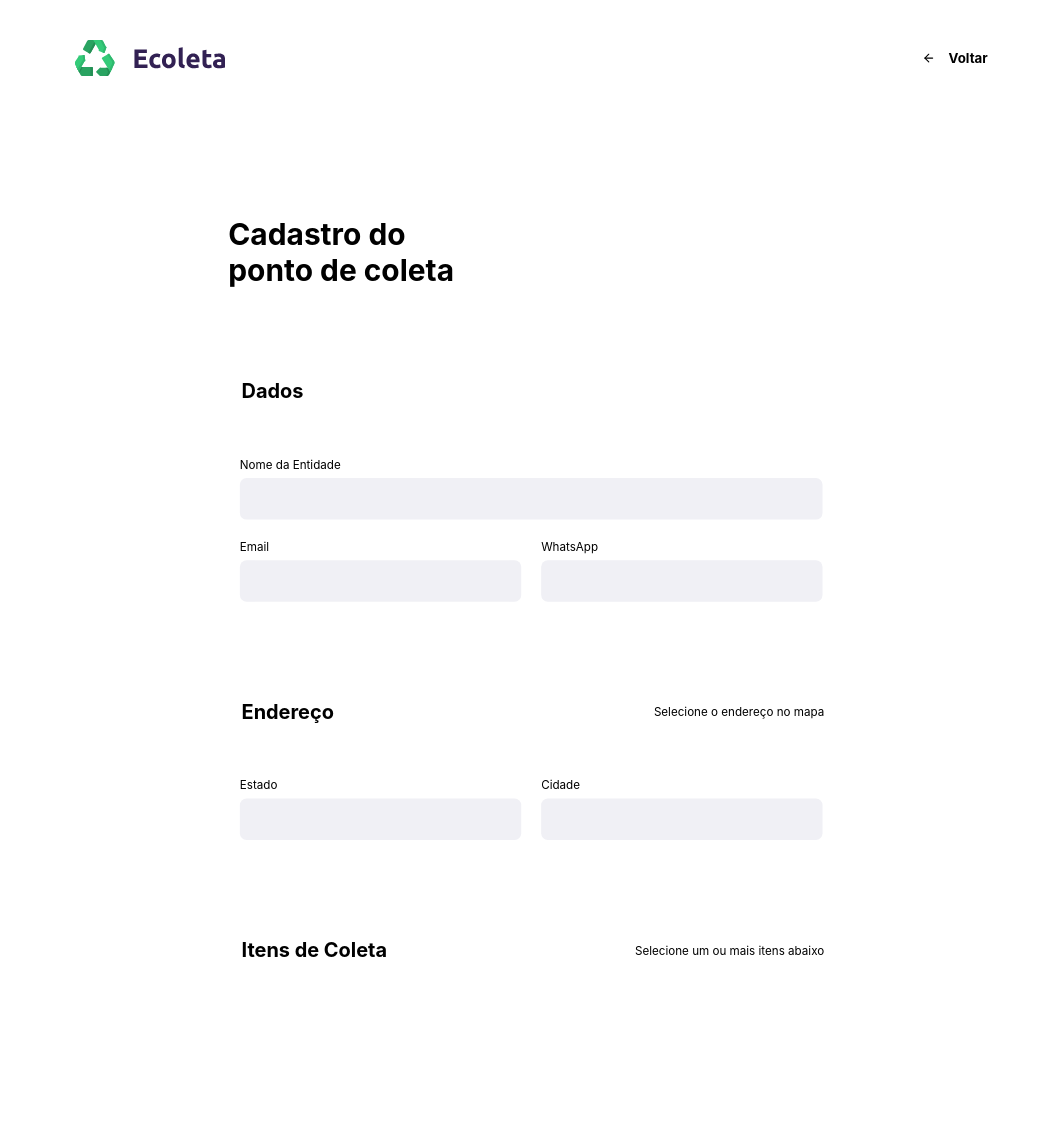
Repository: johnnedemoraesrocha/nlw-o1
Page: /create-point (app in web/)
The author's editor kept a copy of each file at every save. The page is drawn from the files as they stood at one save, then again after the next save.
The browser window is 1280 px wide. The pictures show the whole page, at 83% of full size.
The project was rebuilt for these pictures with package versions that can differ from the ones it lists, and the page was loaded fresh each time. Also part of the build but not shown: web/src/App.css, web/src/pages/Home/Home.css, web/src/pages/Home/index.tsx.

Above is the page before, as saved 2020-06-03 22:48:43.

After the next save:
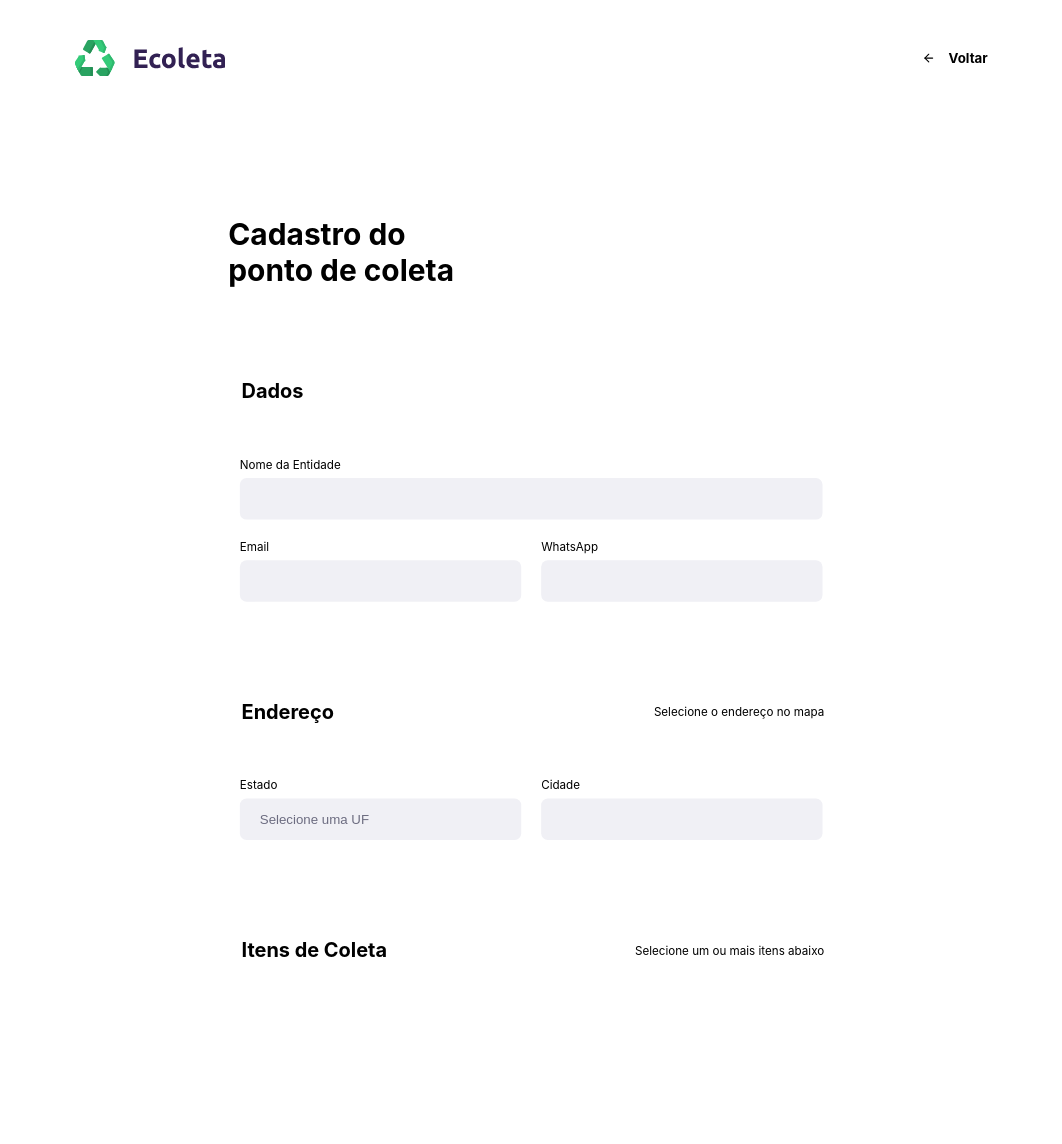
Saved 40 s later.
--- a/web/src/pages/CreatePoint/index.tsx
+++ b/web/src/pages/CreatePoint/index.tsx
@@ -56,7 +56,9 @@
 
                         <div className="field">
                             <label htmlFor="uf">Estado</label>
-                            <select type="email" name="uf" id="uf" />
+                            <select  name="uf" id="uf" >
+                                <option value="0">Selecione uma UF</option>
+                            </select>
                         </div>
 
                         <div className="field">
